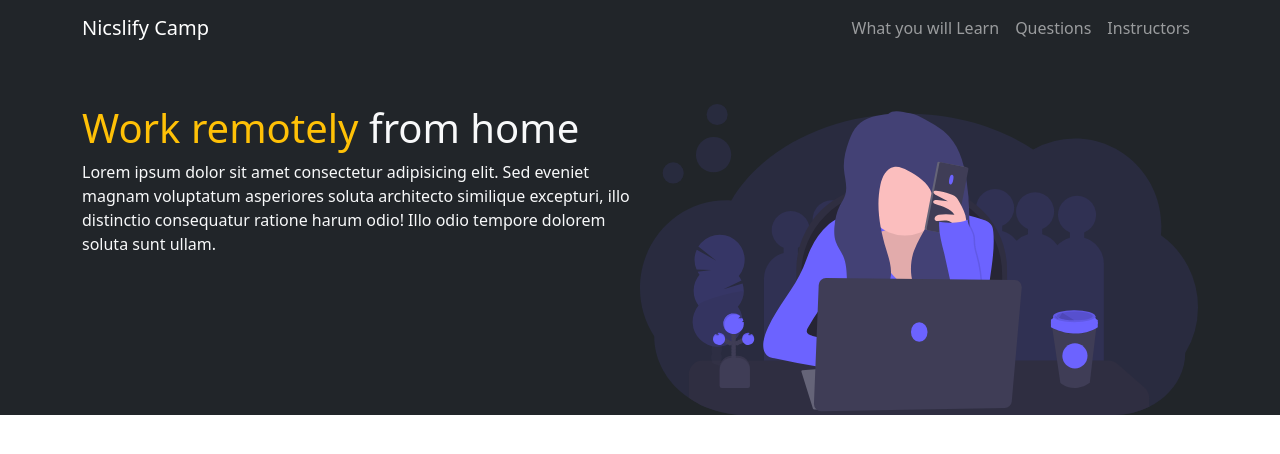
Repository: Eugene44-hub/enrollment-site
Page: index.html
An editor plug-in stored every save of this project. The page is shown before and after a run of saves, followed by the edit.
The browser window is 1280 px wide. The pictures show the whole page.

Above is the page before, as saved 2021-10-19 16:35:59.

After the next 3 saves:
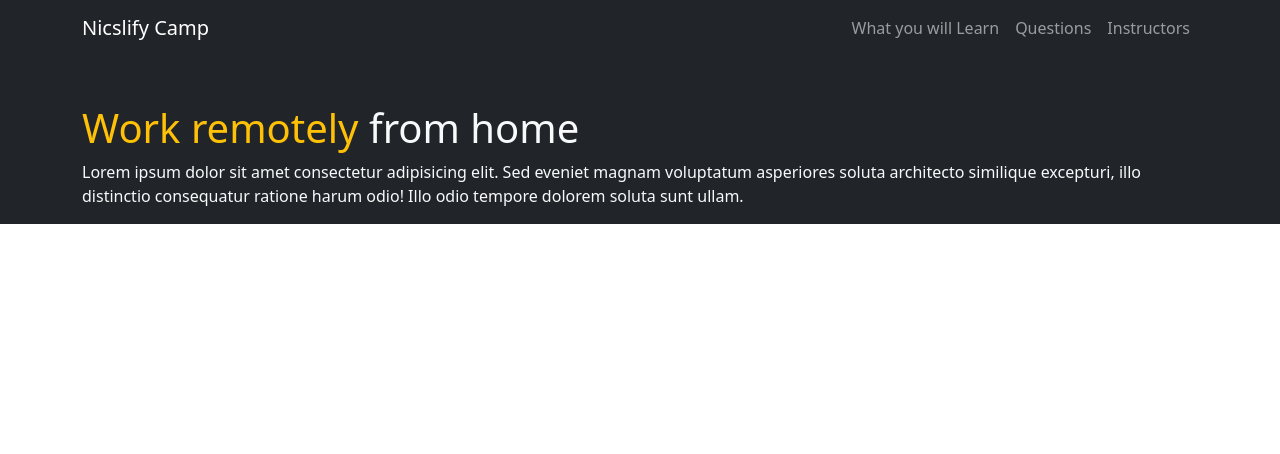
The 3 saves are shown as one change because they came seconds apart.
The last was saved 10 s later.
--- a/index.html
+++ b/index.html
@@ -47,7 +47,7 @@
                     <div class="h1"><span class="text-warning">Work remotely</span> from home</div>
                     <p class="">Lorem ipsum dolor sit amet consectetur adipisicing elit. Sed eveniet magnam voluptatum asperiores soluta architecto similique excepturi, illo distinctio consequatur ratione harum odio! Illo odio tempore dolorem soluta sunt ullam.</p>
                 </div>
-                <img src="undraw_working_remotely_jh40.svg" class="image-fluid w-50" alt="">
+                <img src="undraw_working_remotely_jh40.svg" class="image-fluid w-50 d-sm-none" alt="">
             </div>
         </div>
     </section>

After the save that followed:
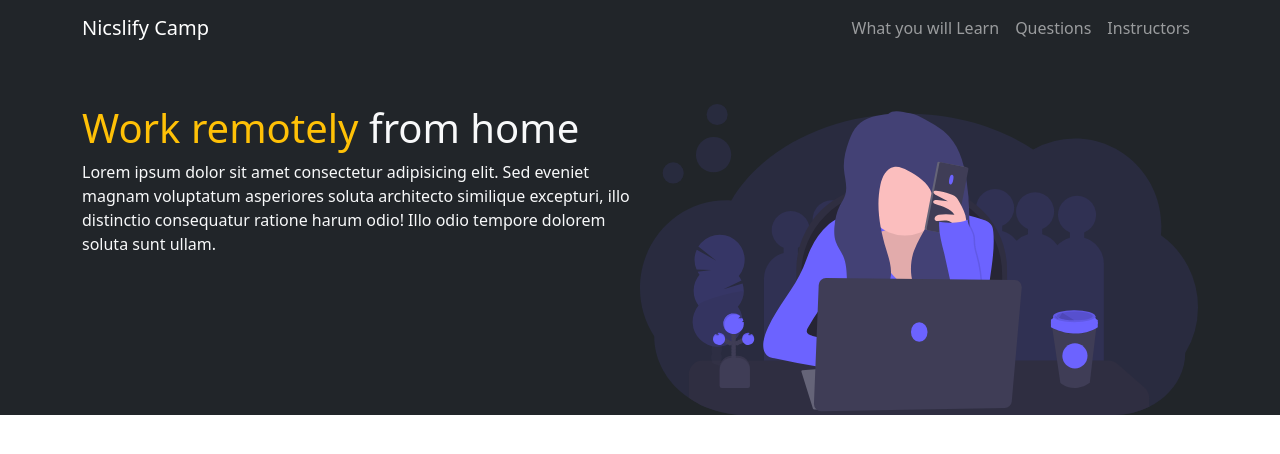
Saved 24 s later.
--- a/index.html
+++ b/index.html
@@ -47,7 +47,7 @@
                     <div class="h1"><span class="text-warning">Work remotely</span> from home</div>
                     <p class="">Lorem ipsum dolor sit amet consectetur adipisicing elit. Sed eveniet magnam voluptatum asperiores soluta architecto similique excepturi, illo distinctio consequatur ratione harum odio! Illo odio tempore dolorem soluta sunt ullam.</p>
                 </div>
-                <img src="undraw_working_remotely_jh40.svg" class="image-fluid w-50 d-sm-none" alt="">
+                <img src="undraw_working_remotely_jh40.svg" class="image-fluid w-50 d-block" alt="">
             </div>
         </div>
     </section>
